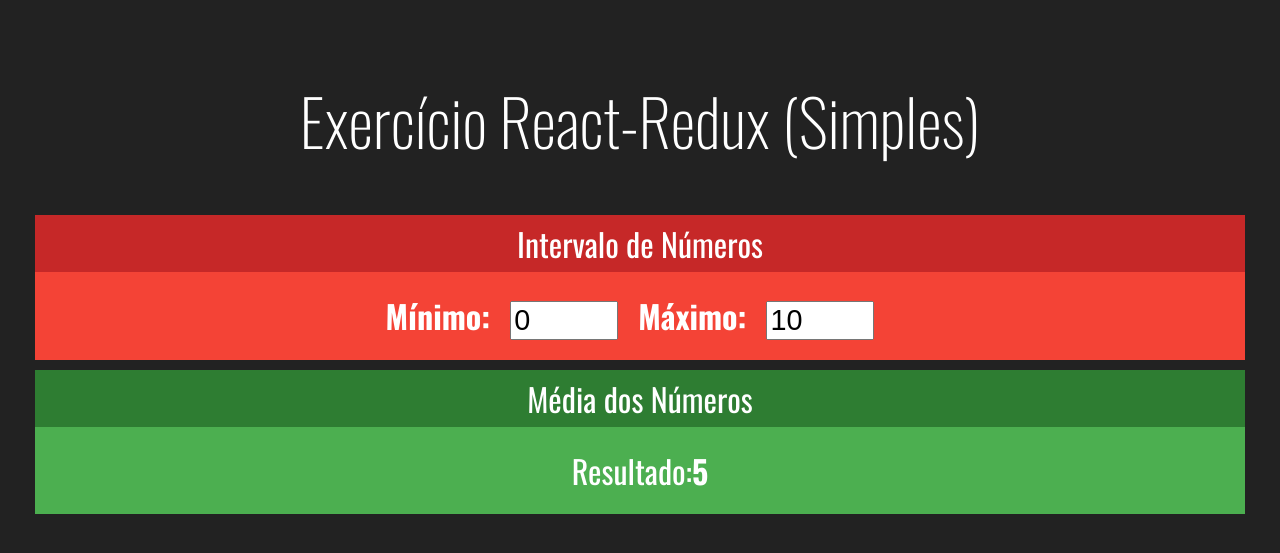
Repository: WellysonP/testando-react-redux
Page: /
An editor plug-in stored every save of this project. The page is shown before and after the next save, followed by the edit.
The browser window is 1280 px wide. The pictures show the whole page.
The project was rebuilt for these pictures with package versions that can differ from the ones it lists, and the page was loaded fresh each time.

Above is the page before, as saved 2023-01-12 18:06:01.

### public/index.html
<!DOCTYPE html>
<html lang="en">
  <head>
    <link rel="preconnect" href="https://fonts.googleapis.com">
<link rel="preconnect" href="https://fonts.gstatic.com" crossorigin>
<link href="https://fonts.googleapis.com/css2?family=Oswald:wght@200;300;400;500;600;700&display=swap" rel="stylesheet">
    <meta charset="utf-8" />
    <link rel="icon" href="%PUBLIC_URL%/favicon.ico" />
    <meta name="viewport" content="width=device-width, initial-scale=1" />
    <meta name="theme-color" content="#000000" />
    <meta
      name="description"
      content="Web site created using create-react-app"
    />
    <link rel="apple-touch-icon" href="%PUBLIC_URL%/logo192.png" />
    <!--
      manifest.json provides metadata used when your web app is installed on a
      user's mobile device or desktop. See https://developers.google.com/web/fundamentals/web-app-manifest/
    -->
    <link rel="manifest" href="%PUBLIC_URL%/manifest.json" />
    <!--
      Notice the use of %PUBLIC_URL% in the tags above.
      It will be replaced with the URL of the `public` folder during the build.
      Only files inside the `public` folder can be referenced from the HTML.

      Unlike "/favicon.ico" or "favicon.ico", "%PUBLIC_URL%/favicon.ico" will
      work correctly both with client-side routing and a non-root public URL.
      Learn how to configure a non-root public URL by running `npm run build`.
    -->
    <title>React App</title>
  </head>
  <body>
    <noscript>You need to enable JavaScript to run this app.</noscript>
    <div id="root"></div>
    <!--
      This HTML file is a template.
      If you open it directly in the browser, you will see an empty page.

      You can add webfonts, meta tags, or analytics to this file.
      The build step will place the bundled scripts into the <body> tag.

      To begin the development, run `npm start` or `yarn start`.
      To create a production bundle, use `npm run build` or `yarn build`.
    -->
  </body>
</html>

### src/index.css
body{
  background-color: #222;
  font-size: 2rem;
  font-family: Oswald;
  color: #fff;
  margin: 30px;
}

### src/App.js
import './App.css';
import Card from './components/Card';
import Intervalo from './components/Intervalo';
import Media from './components/Media';

function App() {
  return (
    <div className="App">
      <h1>Exercício React-Redux (Simples)</h1>
      <div className='linha'>
        <Intervalo></Intervalo>
      </div>
      <div className='linha'>
        <Media></Media>
      </div>
    </div>
  );
}

export default App;

### src/App.css
.App{
  display: flex;
  flex-direction: column;
  text-align: center;
}

h1{
  font-weight: 200;
}

.linha{
  display: flex;
}

### src/components/Card.jsx
import "./Card.css"

function getColor(props){
    if(props.red) return "Red"
    if(props.green) return "Green"
    if(props.blue) return "Blue"
    if(props.purple) return "Purple"
    return""
}

export default props => {
    return (
        <div className={`Card ${getColor(props)}`}>
            <div className="Header">
                <span className="Title">{props.title}</span>
            </div>
            <div className="Content">
                {props.children}
            </div>
        </div>
    )
}

### src/components/Intervalo.jsx
import Card from "./Card"
import "./Intervalo.css"


export default props => {
    return (
        <Card title="Intervalo de Números" red>
            <div className="Intervalo">
                <span>
                    <strong>Mínimo:</strong>
                    <input type="number" value={0} />
                </span>
                <span>
                    <strong>Máximo:</strong>
                    <input type="number" value={10} />
                </span>
            </div>
        </Card>
    )
}

### src/components/Media.jsx
import Card from "./Card"

export default props => {
    return (
        <Card title="Média dos Números" green>
            <div>
                <span>
                    <span>Resultado:</span>
                    <strong>5</strong>
                </span>
            </div>
        </Card>
    )
}

### src/components/Card.css
.Card{
    flex: 1;
    display: flex;
    flex-direction: column;
    margin: 5px;
}

.Card .Header{
    display: flex;
    flex-direction: row;
    justify-content: center;
}

.Card .Header .Title{
    flex: 1;
    padding: 5px;
}

.Card .Content{
    padding: 20px;
}

.Card.Red .Header{ color: #fff; background-color: #c62828;}
.Card.Red .Content{ color: #fff; background-color: #f44336;}

.Card.Green .Header{ color: #fff; background-color: #2e7d32;}
.Card.Green .Content{ color: #fff; background-color: #4caf50;}

.Card.Blue .Header{ color: #fff; background-color: #1565c0;}
.Card.Blue .Content{ color: #fff; background-color: #2196f3;}

.Card.Purple .Header{ color: #fff; background-color: #6A1B7e;}
.Card.Purple .Content{ color: #fff; background-color: #9c27b0;}

### src/components/Intervalo.css
.Intervalo input{
    font-size: 1.8rem;
    margin-left: 20px;
    margin-right: 20px;
    width: 100px;
}

### src/components/Soma.jsx
import Card from "./Card"

export default props => {
    return (
        <Card title="Soma dos Números" blue>
            <div>
                <span>
                    <span>Resultado:</span>
                    <strong>10</strong>
                </span>
            </div>
        </Card>
    )
}

### src/components/Sorteio.jsx
import Card from "./Card"

export default props => {
    return (
        <Card title="Sorteio entre os Números" purple>
            <div>
                <span>
                    <span>Resultado:</span>
                    <strong>7</strong>
                </span>
            </div>
        </Card>
    )
}

Loaded but not shown: src/index.js (common file); src/reportWebVitals.js (common file)

After the next save:
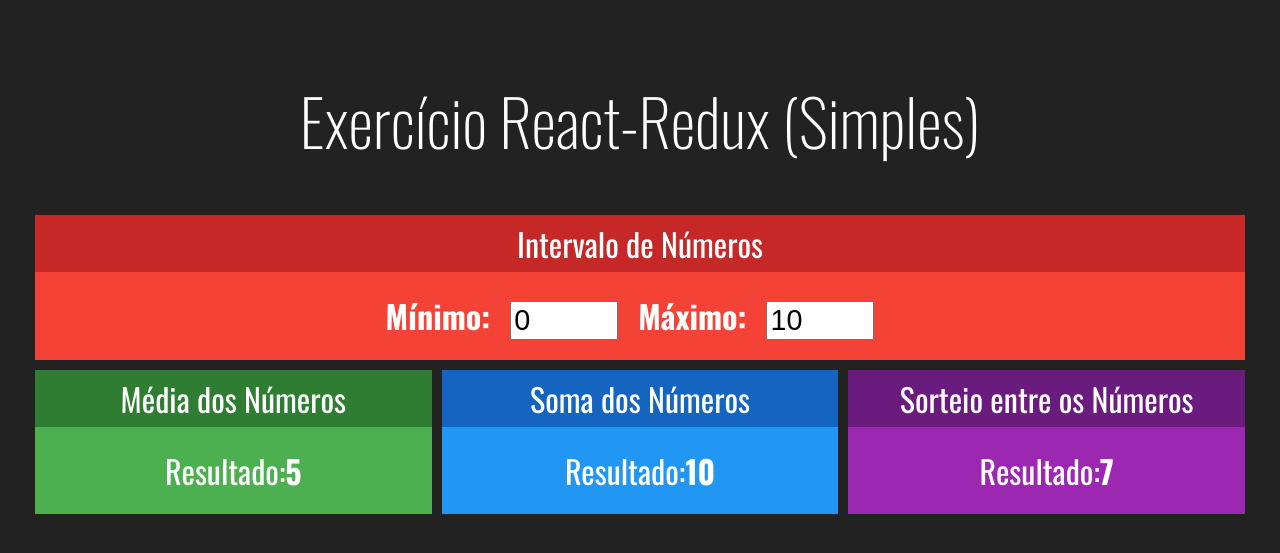
Saved 32 s later.
--- a/src/App.js
+++ b/src/App.js
@@ -2,6 +2,8 @@ import './App.css';
 import Card from './components/Card';
 import Intervalo from './components/Intervalo';
 import Media from './components/Media';
+import Soma from './components/Soma';
+import Sorteio from './components/Sorteio';
 
 function App() {
   return (
@@ -12,6 +14,8 @@ function App() {
       </div>
       <div className='linha'>
         <Media></Media>
+        <Soma></Soma>
+        <Sorteio></Sorteio>
       </div>
     </div>
   );
